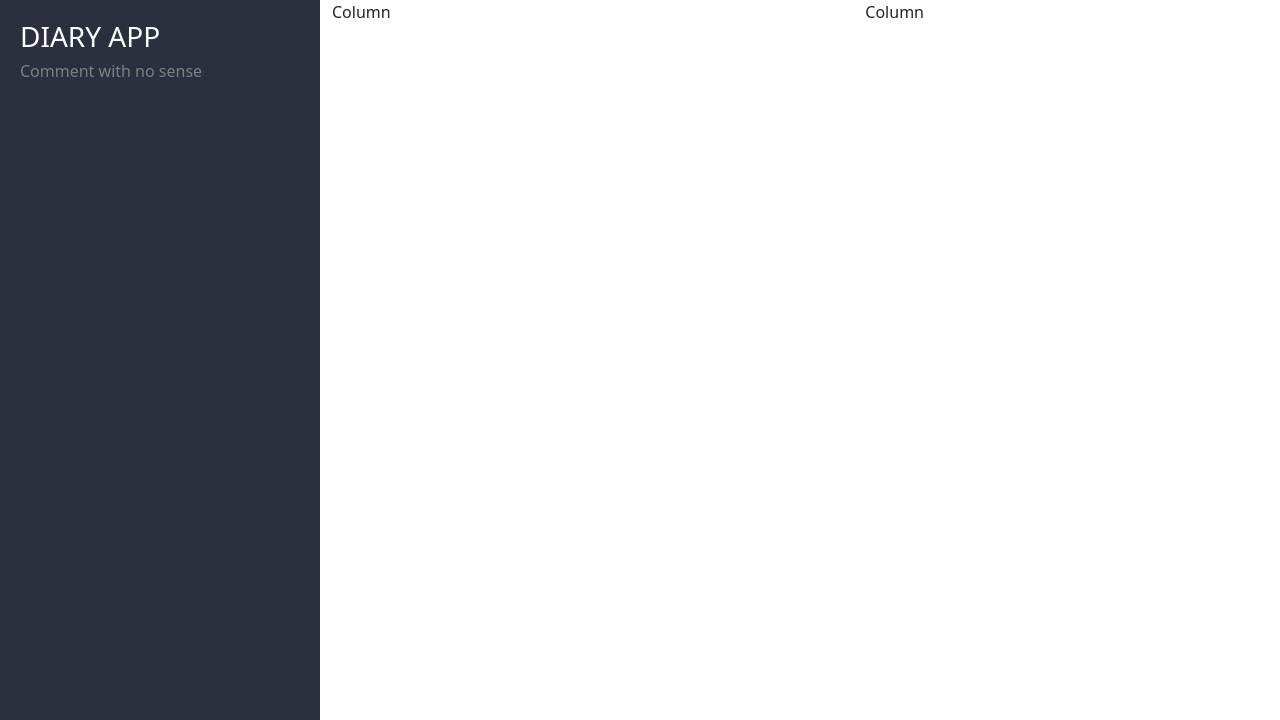
Repository: tsydikov/diary
Page: /
The author's editor kept a copy of each file at every save. The page is drawn from the files as they stood at one save, then again after the next save.
The browser window is 1280 px wide. The pictures show the whole page.
The project was rebuilt for these pictures with package versions that can differ from the ones it lists, and the page was loaded fresh each time.

Above is the page before, as saved 2021-09-10 19:06:42.

### public/index.html
<!DOCTYPE html>
<html lang="en">
  <head>
    <meta charset="utf-8" />
    <meta name="viewport" content="width=device-width, initial-scale=1" />
    <link href="https://cdn.jsdelivr.net/npm/bootstrap@5.1.1/dist/css/bootstrap.min.css" rel="stylesheet" integrity="sha384-F3w7mX95PdgyTmZZMECAngseQB83DfGTowi0iMjiWaeVhAn4FJkqJByhZMI3AhiU" crossorigin="anonymous">
    <title>Diary App</title>
  </head>
  <body>
    <noscript>You need to enable JavaScript to run this app.</noscript>
    <div id="root"></div>
  </body>
</html>

### src/App.js
import React from "react";
import Navbar from "./UI/Navbar/Navbar";

function App() {
  return (
    <div class="container-fluid" >
      <div class="row " >
        <div class="col-3 px-0" >
          <Navbar />
    </div>
        <div class="col-5">
          Column
    </div>
        <div class="col-4">
          Column
    </div>
      </div>
    </div>
  );
}

export default App;

### src/UI/Navbar/Navbar.jsx
import React from 'react';
import cl from './Navbar.module.css'
// style={{background:'red'}}
const Navbar = () => {
    return (
        <div className={cl.container} >
            <h1>diary app</h1>
            <h3>Comment with no sense</h3>
        </div>
    );
};

export default Navbar;

### src/UI/Navbar/Navbar.module.css
.container {
    background: #2b2f3e;
    height: 100vh;
    padding: 20px;
    /* width: initial; */
}

.container h1 {
    text-transform: uppercase;
    color:white;
    font-size: 28px;
    font-weight:200;
}

.container h3 {
    color:grey;
    font-size: 16px;
    font-weight:200;
}

Loaded but not shown: src/index.js (common file)

After the next save:
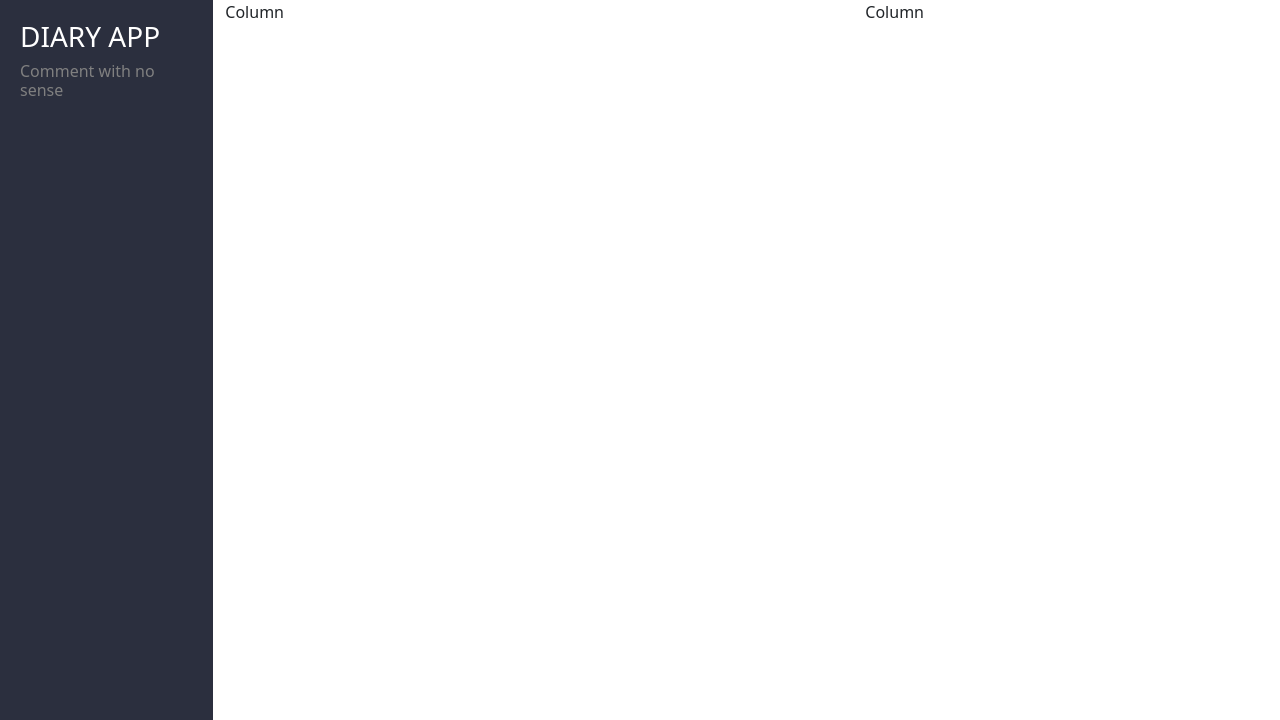
Saved 34 s later.
--- a/src/App.js
+++ b/src/App.js
@@ -5,10 +5,10 @@
   return (
     <div class="container-fluid" >
       <div class="row " >
-        <div class="col-3 px-0" >
+        <div class="col-2 px-0" >
           <Navbar />
     </div>
-        <div class="col-5">
+        <div class="col-6">
           Column
     </div>
         <div class="col-4">

After the save that followed:
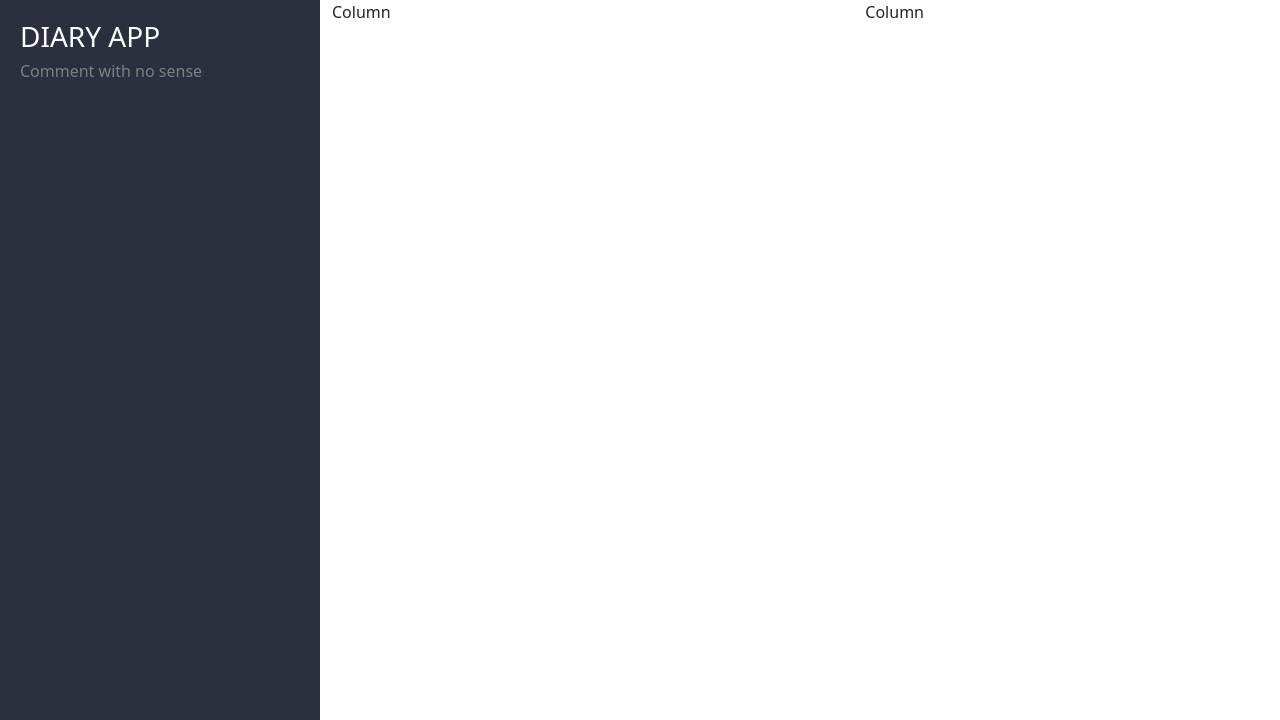
Saved 20 s later.
--- a/src/App.js
+++ b/src/App.js
@@ -5,10 +5,10 @@
   return (
     <div class="container-fluid" >
       <div class="row " >
-        <div class="col-2 px-0" >
+        <div class="col-3 px-0" >
           <Navbar />
     </div>
-        <div class="col-6">
+        <div class="col-5">
           Column
     </div>
         <div class="col-4">
